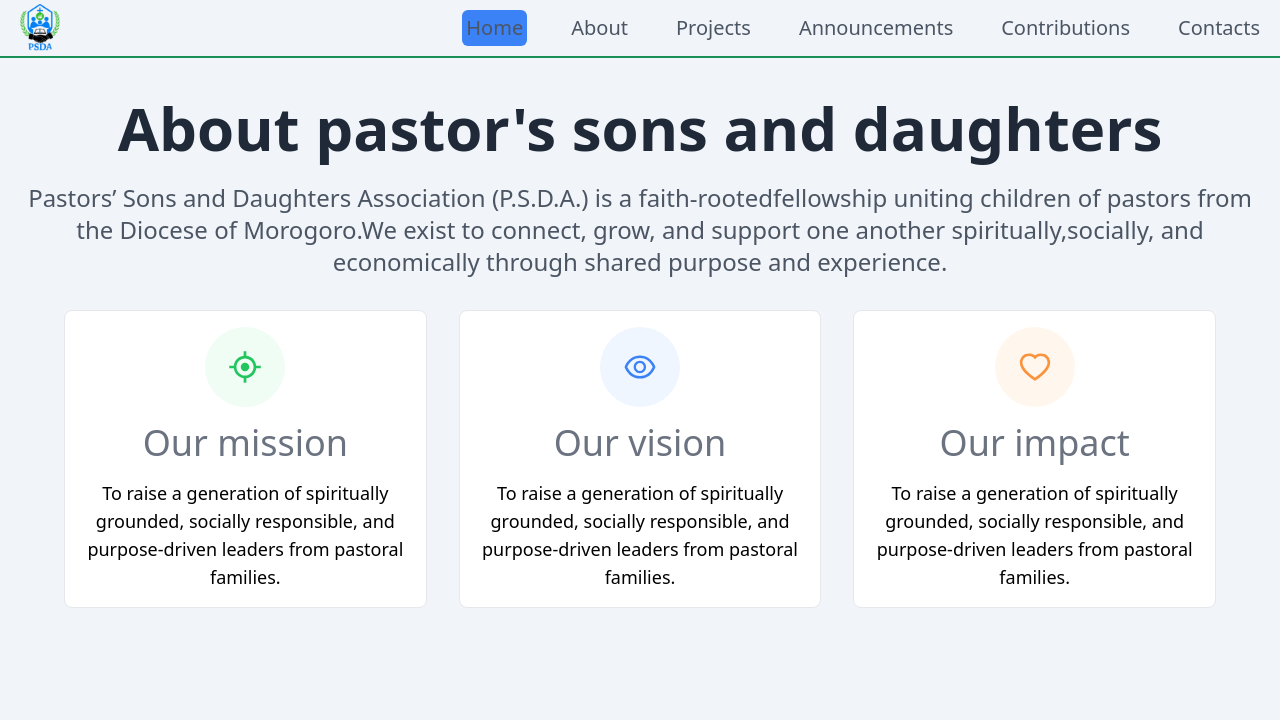
Repository: Zedestar/psda
Page: /about
These files come from the project's save history. The page is drawn as it stood at one moment and after the next save; the edit follows.
The browser window is 1280 px wide. The pictures show the whole page.
The project was rebuilt for these pictures with package versions that can differ from the ones it lists, and the page was loaded fresh each time. Also part of the build but not shown: src/pages/home/home.jsx, src/pages/projects/projects.jsx, src/pages/announcements/announcements.jsx, src/pages/contirbutions/contributions.jsx, src/pages/contacts/contacts.jsx.

Above is the page before, as saved 2025-07-18 20:31:53.

After the next save:
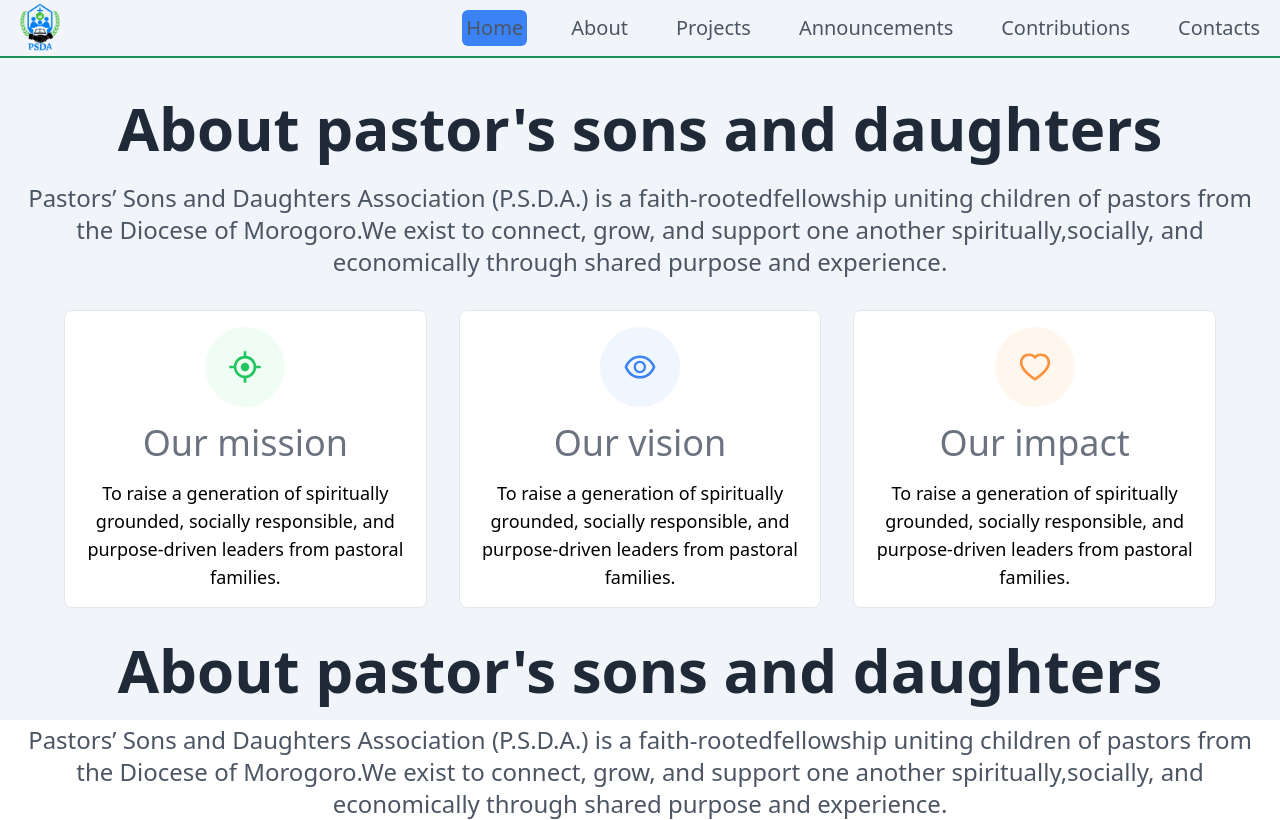
Saved 51 s later.
--- a/src/pages/about/about.jsx
+++ b/src/pages/about/about.jsx
@@ -27,6 +27,12 @@ function AboutPage() {
             </div>
           ))}
         </div>
+        <div className="flex flex-col m-5 space-y-6">
+          <p className="text-center text-6xl font-semibold text-gray-800">
+            About pastor's sons and daughters
+          </p>
+          <p className="text-center text-gray-600 text-2xl">{aboutUsData}</p>
+        </div>
       </div>
     </div>
   );
